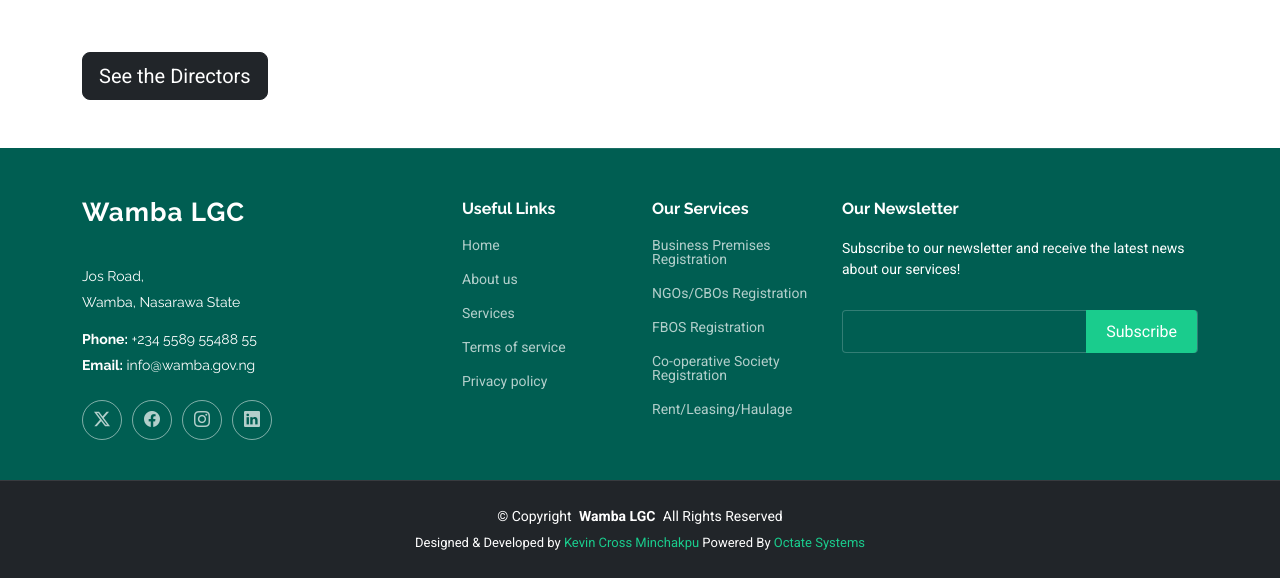
Repository: GlorifiedIntel/wamba-lgc
Page: leadership.html
These files come from the project's save history. The page is drawn as it stood at one moment and after the next save; the edit follows.
The browser window is 1280 px wide. The pictures show the part of the page from y = 1682 to 2260 px (the page is 2260 px tall).
A picture or video elsewhere on the page could not be fetched, so the positions and the page height are approximate.

Above is the page before, as saved 2025-02-06 04:31:40.
Console error: TypeError: Cannot read properties of null (reading 'click')

### leadership.html
<!DOCTYPE html>
<html lang="en">

<head>
  <meta charset="utf-8">
  <meta http-equiv="X-UA-Compatible" content="IE=edge">
  <meta name="viewport" content="width=device-width, initial-scale=1.0">
  <meta name="format-detection" content="telephone=no">
  <meta name="apple-mobile-web-app-capable" content="yes">
  <meta name="author" content="Kevin Cross Minchakpu">
  <meta name="keywords" content="Wamba, Nasarawa, Industry, Trade, Investment, Entrepreneur">
  <meta name="description" content="Wamba Local Government Council is one of the administrative divisions within Nasarawa State, Nigeria. It is located in the northern part of the state and is predominantly inhabited by diverse ethnic groups, including Rindre, and other indigenous communities.Wamba Local Government Council is one of the administrative divisions within Nasarawa State, Nigeria. It is located in the northern part of the state and is predominantly inhabited by diverse ethnic groups, including Rindre, and other indigenous communities.">
  <title>Wamba Local Government Council</title>
  <!-- Favicons -->
  <link href="assets/img/favicon.png" rel="icon">
  <link href="assets/img/apple-touch-icon.png" rel="apple-touch-icon">

  <!-- Fonts -->
  <link href="https://fonts.googleapis.com" rel="preconnect">
  <link href="https://fonts.gstatic.com" rel="preconnect" crossorigin>
  <link href="https://fonts.googleapis.com/css2?family=Roboto:ital,wght@0,100;0,300;0,400;0,500;0,700;0,900;1,100;1,300;1,400;1,500;1,700;1,900&family=Poppins:ital,wght@0,100;0,200;0,300;0,400;0,500;0,600;0,700;0,800;0,900;1,100;1,200;1,300;1,400;1,500;1,600;1,700;1,800;1,900&family=Raleway:ital,wght@0,100;0,200;0,300;0,400;0,500;0,600;0,700;0,800;0,900;1,100;1,200;1,300;1,400;1,500;1,600;1,700;1,800;1,900&display=swap" rel="stylesheet">

  <!-- Vendor CSS Files -->
  <link href="assets/vendor/bootstrap/css/bootstrap.min.css" rel="stylesheet">
  <link href="assets/vendor/bootstrap-icons/bootstrap-icons.css" rel="stylesheet">
  <link href="assets/vendor/aos/aos.css" rel="stylesheet">
  <link href="assets/vendor/glightbox/css/glightbox.min.css" rel="stylesheet">
  <link href="assets/vendor/swiper/swiper-bundle.min.css" rel="stylesheet">

  <!-- Main CSS File -->
  <link href="assets/css/main.css" rel="stylesheet">
</head>

<body class="index-page">
  <header id="header" class="header d-flex align-items-center fixed-top bg-success">
    <div class="container-fluid container-xl position-relative d-flex align-items-center justify-content-between">
      <a href="index.html" class="logo d-flex align-items-center">
        <img src="assets/img/wamba-logo.png" alt="Logo" >
      </a>
      <nav id="navmenu" class="navmenu">
        <ul>
          <li><a href="index.html" class="active">Home</a></li>
          <li class="dropdown"><a href="about-mtii.html"><span>About</span> <i class="bi bi-chevron-down toggle-dropdown"></i></a>
            <ul>
              <li><a href="about-wamba.html">Wamba LGC</a></li>
                  <li><a href="wamba-history.html">Wamba History</a></li>
                  <li><a href="the-chairman.html" >The Executive Chairman</a></li>
                  <li><a href="the-deputy.html" >The Deputy Chairman</a></li>
                  <li><a href="the-secretary.html" >The Secretary</a></li>
                  <li><a href="directors.html" >Our Legislators</a></li>
                  <li><a href="contact-us.html" >Our Contact</a></li>
            </ul>
          </li>

          <li class="dropdown"><a href="#"><span>Business Enabling Reforms</span> <i class="bi bi-chevron-down toggle-dropdown"></i></a>
            <ul>
              <li><a href="business-plans.html">Business Enabling Action Plan</a></li>
                  <li><a href="grievance.html">Grievance Redress Mechanism</a></li>
                  <li><a href="application-guidelines.html" >Application Guidelines</a></li>
                  <li><a href="legal-framework.html" >Legal Framework</a></li>
                  <li><a href="investment-opportunities.html" >Investment Opportunities</a></li>
              </ul>
          </li>

          <li class="dropdown"><a href="departments.html"><span>Departments</span> <i class="bi bi-chevron-down toggle-dropdown"></i></a>
            <ul>
              <li><a href="admin.html">Administration</a></li>
              <li><a href="agriculture.html">Agriculture and Natural Resources</a></li>
              <li><a href="education.html">Education</a></li>
              <li><a href="environment.html">Environmental Services</a></li>
              <li><a href="finance.html">Finance and Accounts</a></li>
              <li><a href="health.html">Health</a></li>
              <li><a href="all-departments.html">More Departments</a></li>
             </ul>
          </li>

          <li class="dropdown"><a href="projects.html"><span>Projects</span> <i class="bi bi-chevron-down toggle-dropdown"></i></a>
            <ul>
              <li><a href="completed.html">Completed Projects</a></li>
                  <li><a href="ongoing.html">Ongoing Projects</a></li>
                  <li><a href="proposed.html" >Proposed Projects</a></li>
            </ul>
          </li>

          <li class="dropdown"><a href="registration.html"><span>Education</span> <i class="bi bi-chevron-down toggle-dropdown"></i></a>
            <ul>
              <li><a href="ubec.html">UBEC</a></li>
                  <li><a href="secondary-schools.html">Secondary Schools</a></li>
                  <li><a href="private-schools.html" >Private Schools</a></li>
                  <li><a href="relevant-tech.html" >Relevant Technology</a></li>
                  <li><a href="faqs.html" >FAQs</a></li>
            </ul>
          </li>
        </ul>
        <i class="mobile-nav-toggle d-xl-none bi bi-list"></i>
      </nav>
    </div>
  </header>

  <main class="main">
    <header class="bg-dark py-5 emie">
      <div class="container px-5">
          <div class="row gx-5 align-items-center justify-content-center">
              <div class="col-lg-8 col-xl-7 col-xxl-6">
                  <div class="my-5 text-center text-xl-start">
                      <h1 class="display-6 fw-bolder text-white mb-2 text-center">Wamba LGC & <br> Engr. Abdullahi A. Sule's <br> Reforms</h1>
                      <p class="lead fw-normal text-white-50 mb-4">Wamba Local Government Council in Nasarawa State operates under the direct supervision of the Executive Governor, His Excellency Governor Abdullahi A. Sule. His dynamic leadership has been instrumental in enabling the Local Government to carry out its mission and objectives effectively. Governor Sule’s forward-thinking vision for economic growth and development has created an environment where unity, diversity, equity, trade, industry, and investment are prioritized for the state’s prosperity.</p>
                  </div>
              </div>
              <div class="col-xl-5 col-xxl-6 d-none d-xl-block text-center"><img class="img-fluid rounded-3 my-5" src="./assets/img/aa-sule.jpg" alt="..." /></div>
          </div>
      </div>
  </header>

  <section id="starter-section" class="starter-section section">
    <!-- Section Title -->
    <div class="container section-title" data-aos="fade-up">
      <p class="elhanan">Under the leadership of <strong>Governor A.A Sule</strong>, Wamba LGC has been able to implement
        policies that align with the Governor’s broader goals for industrialization and economic
        diversification. Governor Sule’s commitment to creating a unified community and  business-friendly environment,
        fostering public-private partnerships, and attracting both local and foreign investment has
        enabled the Local Government to facilitate significant progress in the development of Wamba LGC's
        communities and infrastructure.</p>
      <p class="elhanan">Governor Sule's leadership style, which emphasizes innovation, accountability,
        and inclusivity, has allowed the Local Government to mobilize resources, streamline processes, and
        execute projects efficiently. Through Governor Sule's guidance, the Local Government has been able to
        promote unity, peace, equity, and enhance trade relations, promote small and medium enterprises, and ensure sustainable economic
        growth.</p>
      <p class="elhanan">Wamba LGC in Nasarawa State is led by <strong>Honourable Ezekiel Musa Jagga</strong>, who serves as the Executive Chairman, providing strategic direction and overseeing the implementation of policies and programs. <strong>Honourable Ezekiel Musa Jagga</strong> is responsible for ensuring that the Local Government's objectives align with the overall vision of the state government, particularly in promoting unity, diversity, peace, equity, trade, industrial development, and attracting investment to the state. Under the guidance of the Executive Chairman, the Local Government plays a critical role in formulating and executing initiatives aimed at fostering economic growth and job creation in Wamba LGC.</p>
    <p class="elhanan">Supporting the Executive Chairman is the <strong>Secretary of the Local Government</strong>, a career civil servant who acts as the administrative head of the Local Government Council. The Local Government Secretary is responsible for the day-to-day operations of the Council, ensuring that activities are carried out efficiently and in compliance with government regulations. He manage the council’s workforce, oversee the execution of projects, and ensure that resources are properly allocated to meet the Local Government’s goals. Together, the Executive Chairman, the Deputy Chairman and the Secretary to the Local Government work in close collaboration, ensuring that the Wamba LGC effectively delivers on its mandate to promote unity, diversity, peace, equity, and enhance trade, industrialization, and investment in the Local Government.</p>
    </section><!-- /Section End -->
         <div class="container">
        <div class="row justify-content-center text-center mb-2 mb-lg-4">
        <div class="row">
          <div class="col-md-4 mb-lg-0 mb-4">
            <div class="card text-white border-0 justify-content-end position-relative">
              <img class="img-fluid" src="https://freefrontend.dev/assets/square.png" alt="Hon. Barr. Abubakar Mohammed Imam Zanwa">
              <div class="position-absolute bottom-0 w-100 p-2 p-lg-4 bg-dark">
                <h5 class="fw-bold text-warning">Hon. Ezekiel Musa Jagga</h5>
                <div>
                 Executive Chairman, Wamba LGC
                </div>
              </div>
            </div>
          </div>
          <div class="col-md-4 mb-lg-0 mb-4">
            <div class="card text-white border-0 justify-content-end position-relative">
              <img class="img-fluid" src="https://freefrontend.dev/assets/square.png" alt="Deputy Chairman, Wamba LGC">
              <div class="position-absolute bottom-0 w-100 p-2 p-lg-4 bg-dark">
                <h5 class="fw-bold text-warning">John Doe</h5>
                <div>
                  Deputy Chairman, Wamba LGC
                </div>
              </div>
            </div>
          </div>
          <div class="col-md-4">
            <div class="card text-white border-0 justify-content-end position-relative">
              <img class="img-fluid" src="https://freefrontend.dev/assets/square.png" alt="Secretary, Wamba LGC">
              <div class="position-absolute bottom-0 w-100 p-2 p-lg-4 bg-dark">
                <h5 class="fw-bold text-warning">John Doe</h5>
                <div>
                  Secretary, Wamba LGC
                </div>
              </div>
            </div>
          </div>
        </div>
      </div>

      <a class="btn btn-dark btn-lg mb-5 mt-5 mtii-hover" href="directors.html" role="button">See the Directors</a>
    </main>
  <!--Main End-->

<!--Footer Start-->
<footer id="footer" class="footer dark-background">

  <div class="container footer-top">
    <div class="row gy-4">
      <div class="col-lg-4 col-md-6 footer-about">
        <a href="index.html" class="logo d-flex align-items-center">
          <span class="sitename">Wamba LGC</span>
        </a>
        <div class="footer-contact pt-3">
         <p>Jos Road,</p>
          <p>Wamba, Nasarawa State </p>
          <p class="mt-3"><strong>Phone:</strong> <span>+234 5589 55488 55</span></p>
          <p><strong>Email:</strong> <span>info@wamba.gov.ng</span></p>
        </div>
        <div class="social-links d-flex mt-4">
          <a href="" title="Twitter"><i class="bi bi-twitter-x"></i></a>
          <a href="" title="Facebook"><i class="bi bi-facebook"></i></a>
          <a href="" title="Instagram"><i class="bi bi-instagram"></i></a>
          <a href="" title="LinkedIn"><i class="bi bi-linkedin"></i></a>
        </div>
      </div>

      <div class="col-lg-2 col-md-3 footer-links">
        <h4>Useful Links</h4>
        <ul>
          <li><a href="index.html">Home</a></li>
          <li><a href="about-mtii.html">About us</a></li>
          <li><a href="services.html">Services</a></li>
          <li><a href="terms-of-use.html">Terms of service</a></li>
          <li><a href="privacy-policy.html">Privacy policy</a></li>
        </ul>
      </div>

      <div class="col-lg-2 col-md-3 footer-links">
        <h4>Our Services</h4>
        <ul>
          <li><a href="business-premises.html">Business Premises Registration</a></li>
          <li><a href="ngo-cbo-registration.html">NGOs/CBOs Registration</a></li>
          <li><a href="fbo-registration.html">FBOS Registration</a></li>
          <li><a href="cooperative-registration.html">Co-operative Society Registration</a></li>
          <li><a href="rent.html">Rent/Leasing/Haulage</a></li>
        </ul>
      </div>

      <div class="col-lg-4 col-md-12 footer-newsletter">
        <h4>Our Newsletter</h4>
        <p>Subscribe to our newsletter and receive the latest news about our services!</p>
        <form action="forms/newsletter.php" method="post" class="php-email-form">
          <div class="newsletter-form"><input type="email" name="email"><input type="submit" value="Subscribe"></div>
          <div class="loading">Loading</div>
          <div class="error-message"></div>
          <div class="sent-message">Your subscription request has been sent. Thank you!</div>
        </form>
      </div>

    </div>
  </div>

  <div class="container-fluid copyright text-center mt-4 bg-dark">
    <p>© <span>Copyright</span> <strong class="px-1 sitename">Wamba LGC</strong> <span>All Rights Reserved</span></p>
    <div class="credits">
      Designed & Developed by <a href="https://kevinomics.com/">Kevin Cross Minchakpu</a> Powered By <a href="https://octatesystems.com">Octate Systems</a>
    </div>
  </div>

</footer>

<!-- Scroll Top -->

<button id="scroll-top" class="scroll-top d-flex bg-dark align-items-center justify-content-center" title="Scroll to top"><i class="bi bi-arrow-up-short"></i></button>
<!-- Preloader -->
<div id="preloader"></div>

<!-- Vendor JS Files -->
<script src="assets/vendor/bootstrap/js/bootstrap.bundle.min.js"></script>
<script src="assets/vendor/php-email-form/validate.js"></script>
<script src="assets/vendor/aos/aos.js"></script>
<script src="assets/vendor/glightbox/js/glightbox.min.js"></script>
<script src="assets/vendor/purecounter/purecounter_vanilla.js"></script>
<script src="assets/vendor/swiper/swiper-bundle.min.js"></script>

<!-- Main JS File -->
<script src="assets/js/main.js"></script>
<script src="assets/js/reforms.js"></script>

</body>
</html>

Loaded but not shown: assets/vendor/bootstrap/css/bootstrap.min.css (library); assets/vendor/bootstrap-icons/bootstrap-icons.css (library); assets/vendor/aos/aos.css (library); assets/vendor/glightbox/css/glightbox.min.css (library); assets/vendor/swiper/swiper-bundle.min.css (library); assets/vendor/bootstrap/js/bootstrap.bundle.min.js (library); assets/vendor/php-email-form/validate.js (common file); assets/vendor/aos/aos.js (library); assets/vendor/glightbox/js/glightbox.min.js (library); assets/vendor/purecounter/purecounter_vanilla.js (library); assets/vendor/swiper/swiper-bundle.min.js (library); assets/js/main.js (181 lines, source omitted); assets/js/reforms.js (43 lines, source omitted); assets/css/main.css (1960 lines, source omitted)

After the next save:
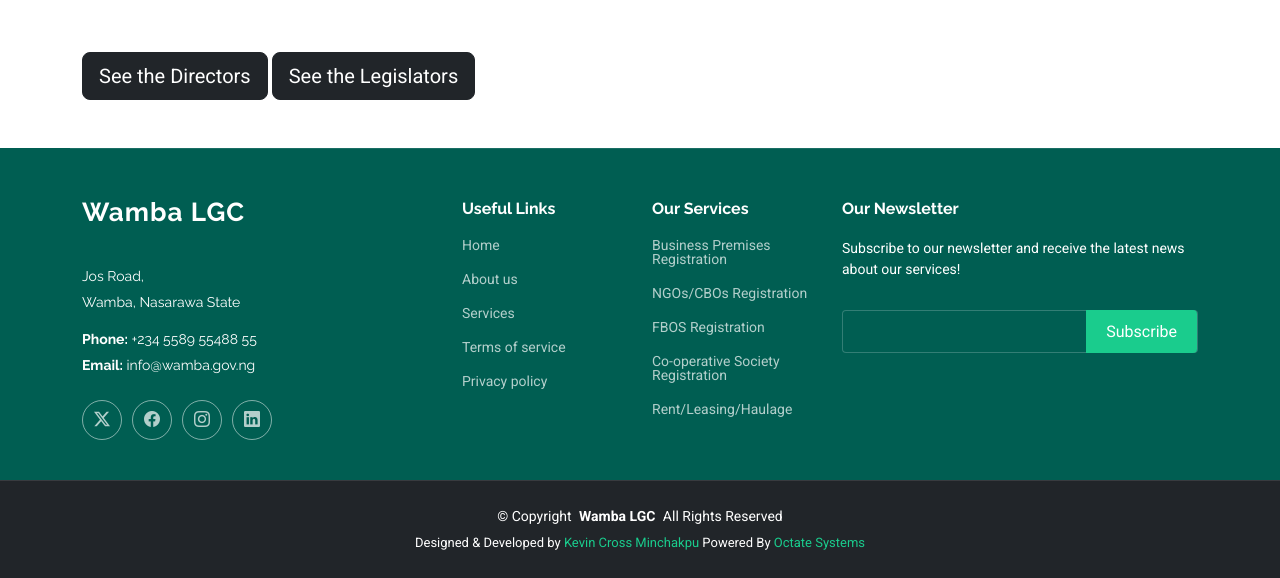
Saved 111 s later.
--- a/leadership.html
+++ b/leadership.html
@@ -169,6 +169,7 @@
       </div>
 
       <a class="btn btn-dark btn-lg mb-5 mt-5 mtii-hover" href="directors.html" role="button">See the Directors</a>
+      <a class="btn btn-dark btn-lg mb-5 mt-5 mtii-hover" href="directors.html" role="button">See the Legislators</a>
     </main>
   <!--Main End-->
 
